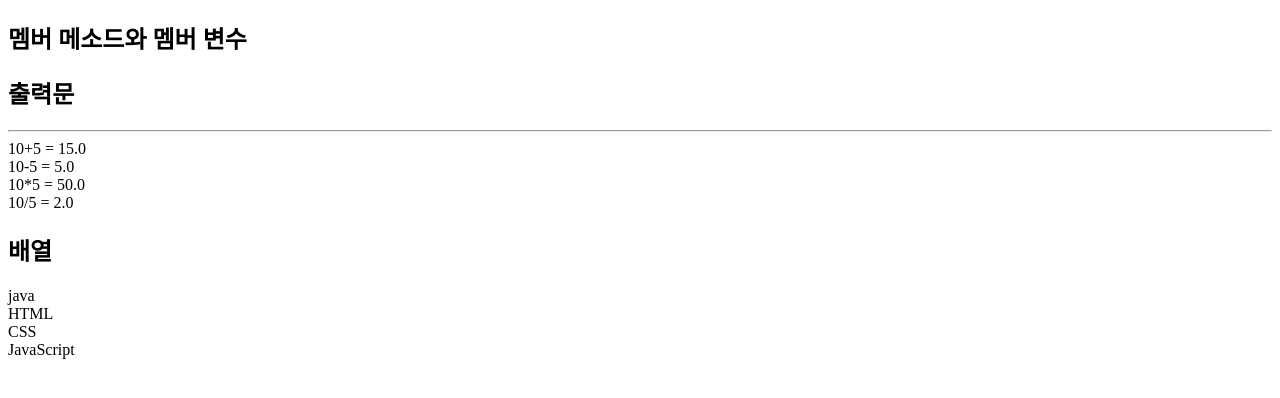
Repository: junirang330/Jsp2026
Page: http://localhost/chapter01/test04.jsp
An editor plug-in stored every save of this project. The page is shown before and after the next save, followed by the edit.
The browser window is 1280 px wide. The pictures show the whole page.
The page is served by Tomcat 9.

Above is the page before, as saved 2026-10-16 03:10:13.

### chapter01/src/main/webapp/test04.jsp
<%@ page language="java" contentType="text/html; charset=UTF-8"
    pageEncoding="UTF-8" import = "java.util.*" %>
<!DOCTYPE html>
<html>
<head>
<meta charset="UTF-8">
<title>테스트04</title>
</head>
<body>
	<!-- 선언문 작성하는 방법 -->
	<!-- 선언문을 통해 작성한 메소드, 변수는 멤버메소드, 멤버변수가 된다. -->
	<%! public void inCremment(){}; %>
	<!-- 아래 선언문은 전역변수 또는 멤버변수 이다. -->
	<%! int i = 0; %>
	<!-- 아래 스크립트릿은 지역변수가 된다. -->
	<% int i = 0; %>

	<h2>멤버 메소드와 멤버 변수</h2>
	<%!
		String str = "선언 예제";
		/* 연산자 처리 메소드 생성 */
		public double cal(double num1, double num2, String op){
			double result = 0.0;
			if(op.equals("+")){
				result = num1 + num2;
			}else if(op.equals("-")){
				result = num1 - num2;
			}else if(op.equals("*")){
				result = num1 * num2;
			}else if(op.equals("/")){
				result = num1 / num2;
			}
			return result;
		}
	%>
	<h2>출력문</h2>
	<hr/>
	10+5 = <%= cal(10, 5, "+") %><br/>
	10-5 = <%= cal(10, 5, "-") %><br/>
	10*5 = <%= cal(10, 5, "*") %><br/>
	10/5 = <%= cal(10, 5, "/") %><br/>

	<!-- 배열 -->
	<h2>배열</h2>
	<%
		String arr[] = {"java", "HTML", "CSS", "JavaScript"};
		for(int j = 0; j<arr.length; j++){
			/* 표현식 스크립트문법을 사용하지 않고, 브라우저로 출력하는 방법 */
			out.println(arr[j]+"<br/>");
		}
	%>
</body>
</html>

After the next save:
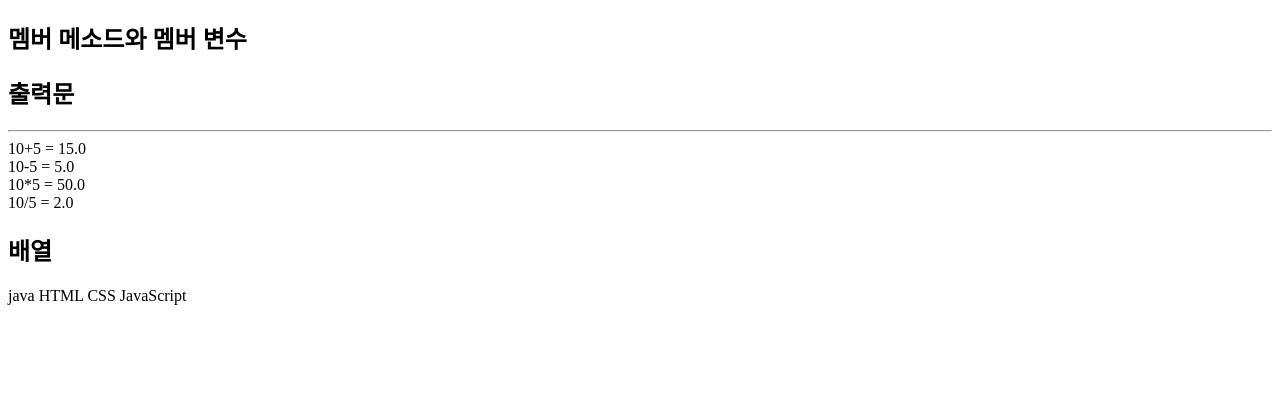
Saved 7 s later.
--- a/chapter01/src/main/webapp/test04.jsp
+++ b/chapter01/src/main/webapp/test04.jsp
@@ -46,7 +46,7 @@
 		String arr[] = {"java", "HTML", "CSS", "JavaScript"};
 		for(int j = 0; j<arr.length; j++){
 			/* 표현식 스크립트문법을 사용하지 않고, 브라우저로 출력하는 방법 */
-			out.println(arr[j]+"<br/>");
+			out.println(arr[j]);
 		}
 	%>
 </body>

After the save that followed:
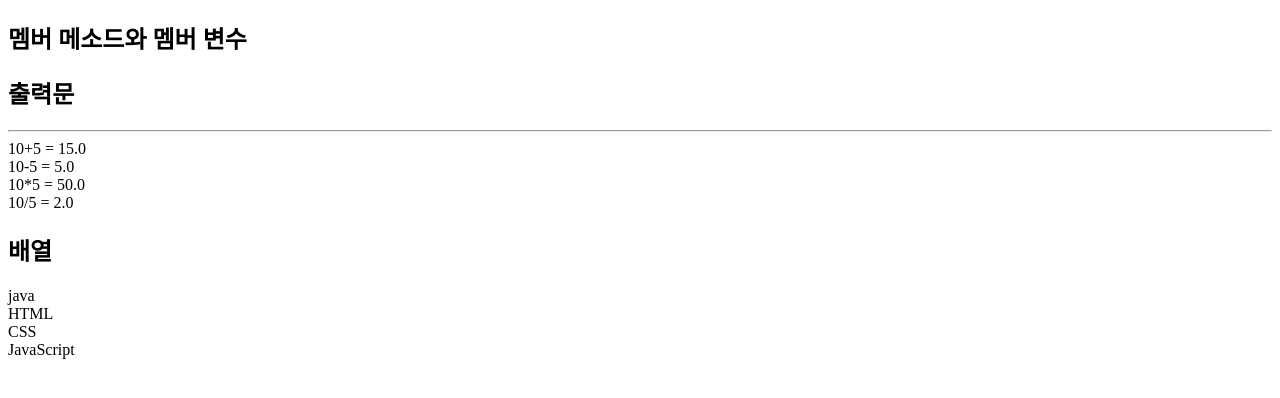
Saved 7 s later.
--- a/chapter01/src/main/webapp/test04.jsp
+++ b/chapter01/src/main/webapp/test04.jsp
@@ -46,7 +46,7 @@
 		String arr[] = {"java", "HTML", "CSS", "JavaScript"};
 		for(int j = 0; j<arr.length; j++){
 			/* 표현식 스크립트문법을 사용하지 않고, 브라우저로 출력하는 방법 */
-			out.println(arr[j]);
+			out.print(arr[j]+"<br/>");
 		}
 	%>
 </body>
